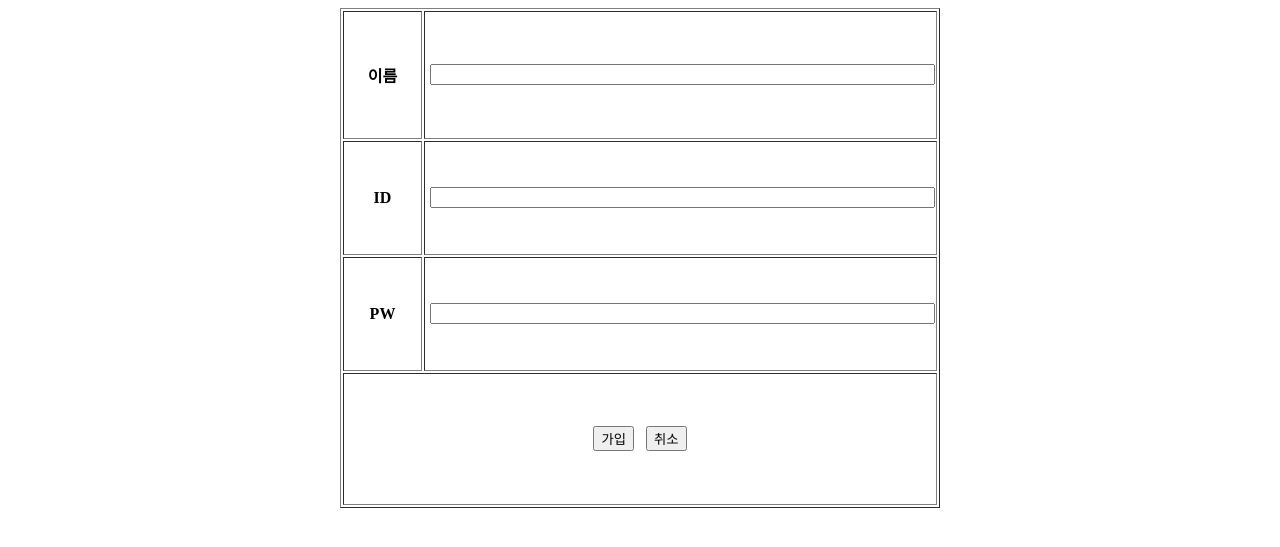
Repository: kwonminsung0/jspStudy
Page: jspStudy/src/main/webapp/join/join.html
These files come from the project's save history. The page is drawn as it stood at one moment and after the next save; the edit follows.
The browser window is 1280 px wide. The pictures show the whole page.

Above is the page before, as saved 2024-12-04 08:43:03.

### jspStudy/src/main/webapp/join/join.html
<!DOCTYPE html>
<html>
<head>
<meta charset="UTF-8">
<meta name="viewport" content="width=device-width, initial-scale=1.0">
<title>회원가입하기</title>
</head>
<body>
	<form method="post" action="/jspStudy/memberInsert">
		<table align="center" width="600" height="500" border="1">
			<tr>
				<th width="100">이름</th>
				<td width="430">&nbsp;<input type="text" name="name"
					size="60">
				</td>
			</tr>
			<tr>
				<th width="100">ID</th>
				<td width="430">&nbsp;<input type="text" name="id"
					size="60">
				</td>
			</tr>
			<tr>
				<th width="100">PW</th>
				<td width="430">&nbsp;<input type="text" name="pass"
					size="60">
				</td>
			</tr>
			<tr>
				<td colspan="2" align="center"><input type="submit" value="가입">&nbsp;&nbsp;
					<input type="reset" value="취소"></td>
			</tr>
		</table>
	</form>
</body>
</html>

After the next save:
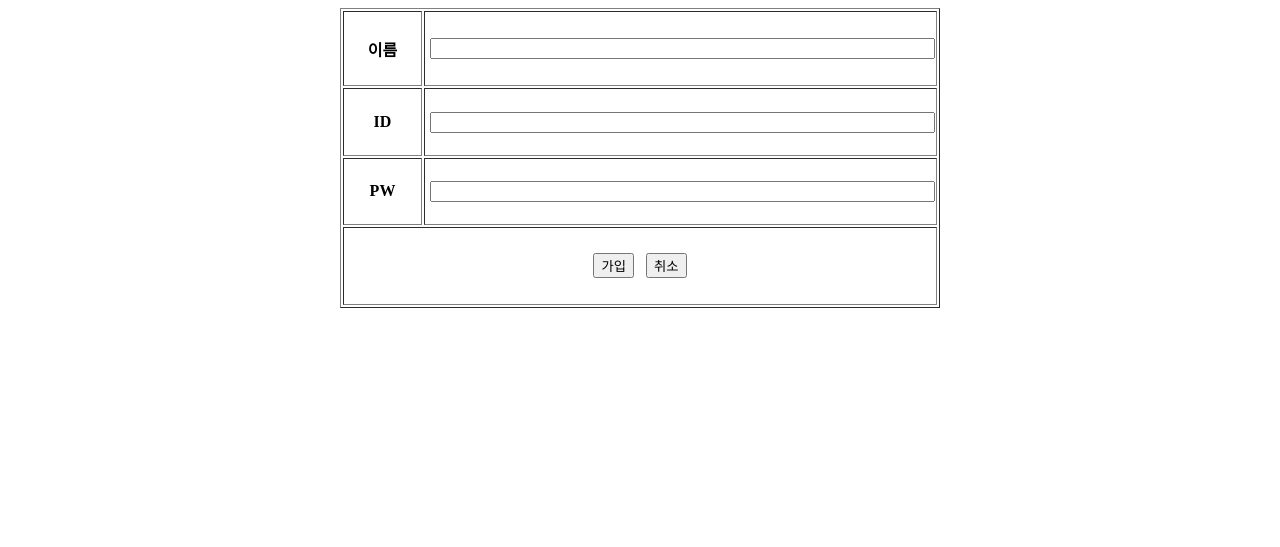
Saved 3 min 16 s later.
--- a/jspStudy/src/main/webapp/join/join.html
+++ b/jspStudy/src/main/webapp/join/join.html
@@ -7,7 +7,7 @@
 </head>
 <body>
 	<form method="post" action="/jspStudy/memberInsert">
-		<table align="center" width="600" height="500" border="1">
+		<table align="center" width="600" height="300" border="1">
 			<tr>
 				<th width="100">이름</th>
 				<td width="430">&nbsp;<input type="text" name="name"
